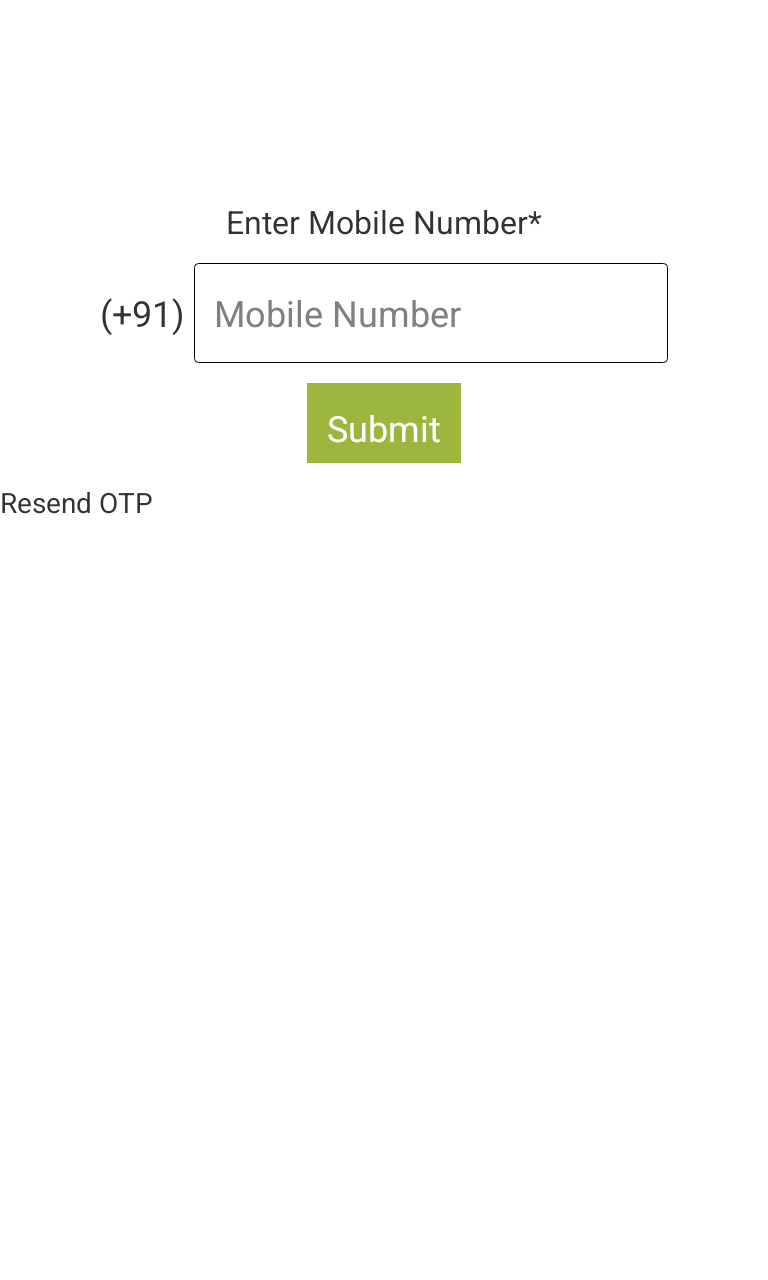
Repository: amitvikramjaiswal/amit-work
Layout: MandiTrades/MandiTradesAndroid/res/layout/first_screen.xml
These files come from the project's save history. The layout is drawn as it stood at one moment and after the next save; the edit follows.
It is drawn on a 768 x 1280 px phone screen (xhdpi) without system bars, with theme AppTheme; the app's code is not run.

Above is the layout before, as saved 2014-11-15 01:08:54.

### MandiTrades/MandiTradesAndroid/res/layout/first_screen.xml
<?xml version="1.0" encoding="utf-8"?>
<LinearLayout xmlns:android="http://schemas.android.com/apk/res/android"
    android:layout_width="match_parent"
    android:layout_height="match_parent"
    android:background="#fff"
    android:orientation="vertical" >

    <LinearLayout
        android:id="@+id/mobile_ll"
        android:layout_width="match_parent"
        android:layout_height="wrap_content"
        android:orientation="vertical" >

        <View
            android:layout_width="match_parent"
            android:layout_height="100dp" />

        <TextView
            android:layout_width="match_parent"
            android:layout_height="wrap_content"
            android:gravity="center"
            android:text="@string/enter_mobile_number"
            android:textSize="@dimen/text_size_large" />

        <LinearLayout
            android:layout_width="match_parent"
            android:layout_height="@dimen/height_row"
            android:layout_gravity="center"
            android:layout_marginLeft="50dp"
            android:layout_marginRight="50dp"
            android:layout_marginTop="@dimen/margin_left_right"
            android:orientation="horizontal" >

            <TextView
                android:layout_width="wrap_content"
                android:layout_height="wrap_content"
                android:gravity="center"
                android:text="(+91) "
                android:textSize="18sp" />

            <EditText
                android:id="@+id/mobile_et"
                android:layout_width="match_parent"
                android:layout_height="@dimen/height_row"
                android:background="@drawable/border_shape"
                android:hint="@string/mobile_number"
                android:inputType="number"
                android:maxLength="10"
                android:padding="@dimen/padding_normal"
                android:textColor="#000" />
        </LinearLayout>
    </LinearLayout>

    <LinearLayout
        android:id="@+id/otp_ll"
        android:layout_width="match_parent"
        android:layout_height="wrap_content"
        android:orientation="vertical"
        android:visibility="gone" >

        <View
            android:layout_width="match_parent"
            android:layout_height="100dp" />

        <TextView
            android:layout_width="match_parent"
            android:layout_height="wrap_content"
            android:gravity="center"
            android:text="@string/enter_otp"
            android:textSize="@dimen/text_size_large" />

        <RelativeLayout
            android:layout_width="match_parent"
            android:layout_height="wrap_content"
            android:layout_gravity="center_horizontal"
            android:layout_marginLeft="50dp"
            android:layout_marginRight="50dp"
            android:layout_marginTop="@dimen/margin_left_right"
            android:background="#ff9ab63c"
            android:padding="1dp" >

            <EditText
                android:id="@+id/otp_et"
                android:layout_width="match_parent"
                android:layout_height="@dimen/height_row"
                android:background="#fff"
                android:hint="@string/otp"
                android:inputType="number"
                android:maxLength="4"
                android:padding="@dimen/padding_normal"
                android:textColor="#000" />
        </RelativeLayout>
    </LinearLayout>

    <Button
        android:id="@+id/submit_btn"
        android:layout_width="wrap_content"
        android:layout_height="@dimen/height_button"
        android:layout_gravity="center_horizontal"
        android:layout_margin="@dimen/margin_left_right"
        android:background="#ff9ab63c"
        android:padding="@dimen/padding_normal"
        android:text="@string/submit"
        android:textColor="@android:color/white" />

    <TextView
        android:layout_width="wrap_content"
        android:layout_height="wrap_content"
        android:text="Resend OTP" />

</LinearLayout>

### MandiTrades/MandiTradesAndroid/res/values/styles.xml
<resources>

    <!--
        Base application theme, dependent on API level. This theme is replaced
        by AppBaseTheme from res/values-vXX/styles.xml on newer devices.
    -->
    <style name="AppBaseTheme" parent="android:Theme.Light">
        <!--
            Theme customizations available in newer API levels can go in
            res/values-vXX/styles.xml, while customizations related to
            backward-compatibility can go here.
        -->
    </style>

    <!-- Application theme. -->
    <style name="AppTheme" parent="AppBaseTheme">

        <!-- All customizations that are NOT specific to a particular API-level can go here. -->
        <item name="titleTextStyle">@style/TitleTextStyle</item>
    </style>

    <!-- *********************************************** Custom Progress Dialog *********************************************** -->
    <style name="CustomProgressDialog" parent="android:Theme.Holo.Dialog">
        <item name="android:alertDialogStyle">@style/CustomAlertDialogStyle</item>
        <item name="android:windowBackground">@color/transparent</item>
        <item name="android:textColorPrimary">#FFFFFF</item>
        <item name="android:backgroundDimEnabled">false</item>
        <item name="android:textColor">#FFFFFF</item>
        <item name="android:textStyle">normal</item>
        <item name="android:textSize">12sp</item>
    </style>

    <style name="CustomAlertDialogStyle">
        <item name="android:bottomBright">@color/transparent</item>
        <item name="android:bottomDark">@color/transparent</item>
        <item name="android:bottomMedium">@color/transparent</item>
        <item name="android:centerBright">@color/transparent</item>
        <item name="android:centerDark">@color/transparent</item>
        <item name="android:centerMedium">@color/transparent</item>
        <item name="android:fullBright">@color/transparent</item>
        <item name="android:fullDark">@color/transparent</item>
        <item name="android:topBright">@color/transparent</item>
        <item name="android:topDark">@color/transparent</item>
    </style>

    <style name="TitleTextStyle" parent="@style/TextAppearance.AppCompat.Widget.ActionBar.Title">
        <item name="android:gravity">center</item>
    </style>

</resources>

### MandiTrades/MandiTradesAndroid/res/values-sw600dp/dimens.xml
<resources>

    <!--
         Customize dimensions originally defined in res/values/dimens.xml (such as
         screen margins) for sw600dp devices (e.g. 7" tablets) here.
    -->
    <dimen name="activity_horizontal_margin">16dp</dimen>
    <dimen name="activity_vertical_margin">16dp</dimen>
    <dimen name="text_size_normal">18sp</dimen>
    <dimen name="text_size_small">16sp</dimen>
    <dimen name="text_size_large">22sp</dimen>
    <dimen name="width_small_field_1">150dp</dimen>
    <dimen name="width_small_field_2">100dp</dimen>
    <dimen name="height_row">50dp</dimen>
    <dimen name="height_button">70dp</dimen>
    <dimen name="margin_left_right">10dp</dimen>
    <dimen name="margin_address">20dp</dimen>
    <dimen name="width_large_field">260dp</dimen>
    <dimen name="size_icon">50dp</dimen>
    <dimen name="text_size_heading">22sp</dimen>

    <!-- Main Menu -->

    <dimen name="height_main_menu_ll">230dp</dimen>
    <dimen name="width_main_menu_ll">230dp</dimen>
    <dimen name="size_alert_main_menu_icon">130dp</dimen>
    <dimen name="size_main_menu_icon">130dp</dimen>
    <dimen name="padding_main_menu_icon">30dp</dimen>
    <dimen name="padding_main_menu_layout">15dp</dimen>
    <dimen name="size_main_menu_icon_rl">142dp</dimen>
    <dimen name="slidermenu_width">250dp</dimen>

    <!-- New Sale Commodity Page -->

    <dimen name="height_commodity_title">45dp</dimen>
    <dimen name="padding_commodity_title">5dp</dimen>
    <dimen name="text_size_commodity_title">20sp</dimen>

    <!-- New Sale Horizontal Scroll Template -->

    <dimen name="width_image_view">120dp</dimen>
    <dimen name="height_image_view">120dp</dimen>
    <dimen name="width_text_view">120dp</dimen>
    <dimen name="height_text_view">20dp</dimen>
    <dimen name="text_size_commodity_name">18sp</dimen>

    <!-- New Sale Post Page -->
    <dimen name="width_label_column">160dp</dimen>
    <dimen name="image_height">300dp</dimen>
    <dimen name="padding_image">5dp</dimen>
    <dimen name="padding_normal">10dp</dimen>
    <dimen name="padding_small">5dp</dimen>
    <dimen name="text_size_timer">30sp</dimen>

    <!-- NEWS Page -->
    <dimen name="width_news_image">120dp</dimen>
    <dimen name="height_news_image">80dp</dimen>
    <dimen name="cart_label_radious">15dp</dimen>
    <dimen name="home_screen_first_row_top_margin">12dp</dimen>
    <dimen name="main_menu_top_margin">50dp</dimen>

    <!-- Image Upload -->

    <dimen name="height_image_upload_layout">140dp</dimen>
    <dimen name="height_image_upload_icon">110dp</dimen>

</resources>

### MandiTrades/MandiTradesAndroid/res/values-sw720dp/dimens.xml
<resources>

    <!--
         Customize dimensions originally defined in res/values/dimens.xml (such as
         screen margins) for sw600dp devices (e.g. 7" tablets) here.
    -->
    <dimen name="activity_horizontal_margin">16dp</dimen>
    <dimen name="activity_vertical_margin">16dp</dimen>
    <dimen name="text_size_normal">16sp</dimen>
    <dimen name="text_size_small">14sp</dimen>
    <dimen name="text_size_large">18sp</dimen>
    <dimen name="width_small_field_1">150dp</dimen>
    <dimen name="width_small_field_2">100dp</dimen>
    <dimen name="height_row">50dp</dimen>
    <dimen name="height_button">70dp</dimen>
    <dimen name="margin_left_right">10dp</dimen>
    <dimen name="margin_address">20dp</dimen>
    <dimen name="width_large_field">260dp</dimen>
    <dimen name="size_icon">50dp</dimen>
    <dimen name="text_size_heading">22sp</dimen>

    <!-- Main Menu -->

    <dimen name="height_main_menu_ll">230dp</dimen>
    <dimen name="width_main_menu_ll">230dp</dimen>
    <dimen name="size_alert_main_menu_icon">130dp</dimen>
    <dimen name="size_main_menu_icon">130dp</dimen>
    <dimen name="padding_main_menu_icon">30dp</dimen>
    <dimen name="padding_main_menu_layout">15dp</dimen>
    <dimen name="size_main_menu_icon_rl">142dp</dimen>
    <dimen name="slidermenu_width">250dp</dimen>

    <!-- New Sale Commodity Page -->

    <dimen name="height_commodity_title">45dp</dimen>
    <dimen name="padding_commodity_title">5dp</dimen>
    <dimen name="text_size_commodity_title">20sp</dimen>

    <!-- New Sale Horizontal Scroll Template -->

    <dimen name="width_image_view">120dp</dimen>
    <dimen name="height_image_view">120dp</dimen>
    <dimen name="width_text_view">120dp</dimen>
    <dimen name="height_text_view">20dp</dimen>
    <dimen name="text_size_commodity_name">18sp</dimen>

    <!-- New Sale Post Page -->
    <dimen name="width_label_column">140dp</dimen>
    <dimen name="image_height">300dp</dimen>
    <dimen name="padding_image">5dp</dimen>
    <dimen name="padding_normal">10dp</dimen>
    <dimen name="padding_small">5dp</dimen>
    <dimen name="text_size_timer">30sp</dimen>

    <!-- NEWS Page -->
    <dimen name="width_news_image">120dp</dimen>
    <dimen name="height_news_image">80dp</dimen>
    <dimen name="cart_label_radious">15dp</dimen>
    <dimen name="home_screen_first_row_top_margin">12dp</dimen>
    <dimen name="main_menu_top_margin">50dp</dimen>

    <!-- Image Upload -->

    <dimen name="height_image_upload_layout">140dp</dimen>
    <dimen name="height_image_upload_icon">110dp</dimen>

</resources>

### MandiTrades/MandiTradesAndroid/res/values/dimens.xml
<resources>

    <!--
         Customize dimensions originally defined in res/values/dimens.xml (such as
         screen margins) for sw600dp devices (e.g. 7" tablets) here.
    -->
    <dimen name="activity_horizontal_margin">16dp</dimen>
    <dimen name="activity_vertical_margin">16dp</dimen>

    <dimen name="text_size_notify">12sp</dimen>
    <dimen name="text_size_normal">16sp</dimen>
    <dimen name="text_size_small">14sp</dimen>
    <dimen name="text_size_large">20sp</dimen>
    <dimen name="width_small_field_1">150dp</dimen>
    <dimen name="width_small_field_2">100dp</dimen>
    <dimen name="height_row">50dp</dimen>
    <dimen name="height_button">70dp</dimen>
    <dimen name="margin_left_right">10dp</dimen>
    <dimen name="margin_address">15dp</dimen>
    <dimen name="width_large_field">260dp</dimen>
    <dimen name="size_icon">50dp</dimen>
    <dimen name="margin_right">5dp</dimen>

    <!-- Main Menu -->

    <dimen name="height_main_menu_ll">200dp</dimen>
    <dimen name="width_main_menu_ll">180dp</dimen>
    <dimen name="size_alert_main_menu_icon">130dp</dimen>
    <dimen name="size_main_menu_icon">120dp</dimen>
    <dimen name="padding_main_menu_icon">30dp</dimen>
    <dimen name="padding_main_menu_layout">15dp</dimen>
    <dimen name="size_main_menu_icon_rl">112dp</dimen>
    <dimen name="slidermenu_width">200dp</dimen>

    <!-- New Sale Commodity Page -->

    <dimen name="height_commodity_title">45dp</dimen>
    <dimen name="padding_commodity_title">5dp</dimen>
    <dimen name="text_size_commodity_title">20sp</dimen>

    <!-- New Sale Horizontal Scroll Template -->

    <dimen name="width_image_view">120dp</dimen>
    <dimen name="height_image_view">120dp</dimen>
    <dimen name="width_text_view">120dp</dimen>
    <dimen name="height_text_view">20dp</dimen>
    <dimen name="text_size_commodity_name">18sp</dimen>

    <!-- New Sale Post Page -->
    <dimen name="width_label_column">140dp</dimen>
    <dimen name="image_height">300dp</dimen>
    <dimen name="padding_image">5dp</dimen>
    <dimen name="padding_normal">10dp</dimen>
    <dimen name="padding_small">5dp</dimen>
    <dimen name="text_size_timer">30sp</dimen>

    <!-- NEWS Page -->
    <dimen name="width_news_image">120dp</dimen>
    <dimen name="height_news_image">80dp</dimen>
    <dimen name="cart_label_radious">15dp</dimen>

    <dimen name="home_screen_first_row_top_margin">12dp</dimen>
    <dimen name="main_menu_top_margin">30dp</dimen>
    <dimen name="height_comment_box">80dp</dimen>
     <dimen name="text_size_heading">20sp</dimen>
     <dimen name="padding_very_small">2dp</dimen>

       <!-- Image Upload -->

    <dimen name="height_image_upload_layout">85dp</dimen>
    <dimen name="height_image_upload_icon">55dp</dimen>

</resources>

### MandiTrades/MandiTradesAndroid/res/drawable/border_shape.xml
<?xml version="1.0" encoding="utf-8"?>
<shape xmlns:android="http://schemas.android.com/apk/res/android"
android:shape="rectangle">
<corners
android:bottomRightRadius="2dp"
android:bottomLeftRadius="2dp"
android:topLeftRadius="2dp"
android:topRightRadius="2dp"/>
<solid android:color="#FFFFFF" />

<stroke android:width="0.5px" android:color="#000" />
</shape>

Loaded but not shown: MandiTrades/MandiTradesAndroid/res/values-v11/styles.xml (common file); MandiTrades/MandiTradesAndroid/res/values-v14/styles.xml (common file); MandiTrades/MandiTradesAndroid/res/values/strings.xml (193 lines, source omitted)

After the next save:
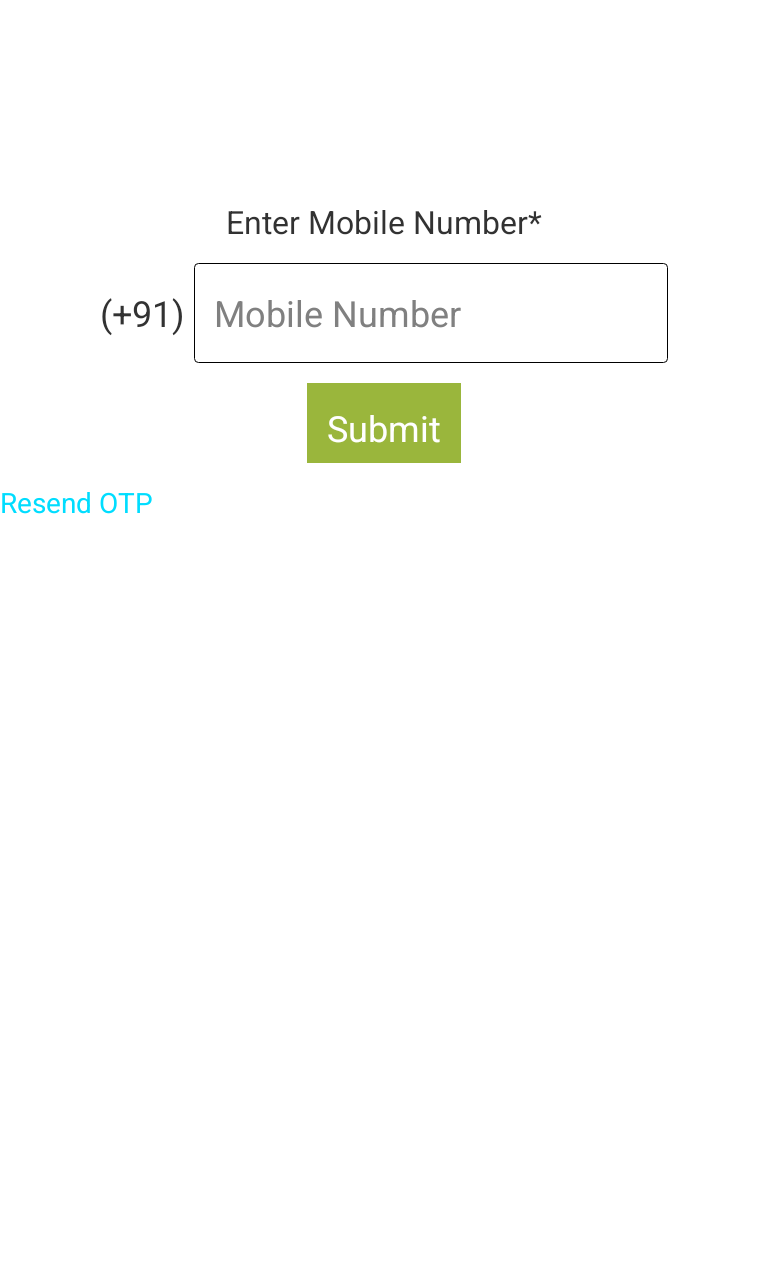
Saved 19 s later.
--- a/MandiTrades/MandiTradesAndroid/res/layout/first_screen.xml
+++ b/MandiTrades/MandiTradesAndroid/res/layout/first_screen.xml
@@ -106,6 +106,7 @@
     <TextView
         android:layout_width="wrap_content"
         android:layout_height="wrap_content"
-        android:text="Resend OTP" />
+        android:text="Resend OTP"
+        android:textColor="@android:color/holo_blue_bright" />
 
 </LinearLayout>
